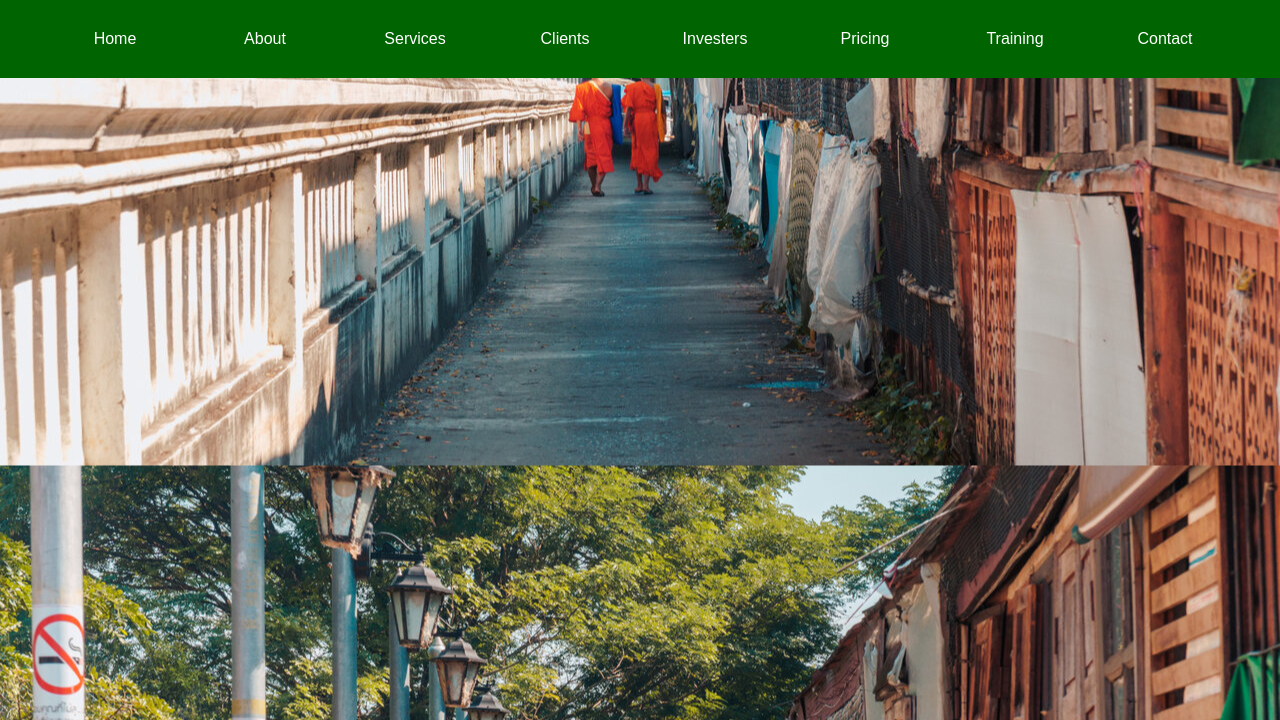
Repository: Alex-Serky/Dossier-Nav
Page: Nav-Nav/index.html
An editor plug-in stored every save of this project. The page is shown before and after the next save, followed by the edit.
The browser window is 1280 px wide. The pictures show the whole page.

Above is the page before, as saved 2020-02-21 01:50:23.

### Nav-Nav/index.html
<!DOCTYPE html>
<html lang="en">

<head>
    <meta charset="UTF-8">
    <meta name="viewport" content="width=device-width, initial-scale=1.0">
    <link rel="stylesheet" href="style.css">
    <title>Drop-down Menu design</title>
</head>

<body>
    <div class="menu-bar">
        <ul>
            <li><a href="#">Home</a></li>
            <li><a href="#">About</a></li>
            <li><a href="#">Services</a></li>
            <li><a href="#">Clients</a></li>
            <li><a href="#">Investers</a></li>
            <li><a href="#">Pricing</a></li>
            <li><a href="#">Training</a></li>
            <li><a href="#">Contact</a></li>
        </ul>
    </div>
</body>

</html>

### Nav-Nav/style.css
* {
    padding: 0;
    margin: 0;
    box-sizing: border-box;
}

body {
    background-image: url(background.jpg);
    background-position: center;
    font-family: sans-serif;
}

.menu-bar {
    background: rgba(0, 100, 0);
    text-align: center;
}

.menu-bar ul {
    display: inline-flex;
    list-style: none;
    color: #fff;
}

.menu-bar ul li {
    width: 120px;
    margin: 15px;
    padding: 15px;
}

.menu-bar ul li a {
    text-decoration: none;
    color: #fff;
}

After the next save:
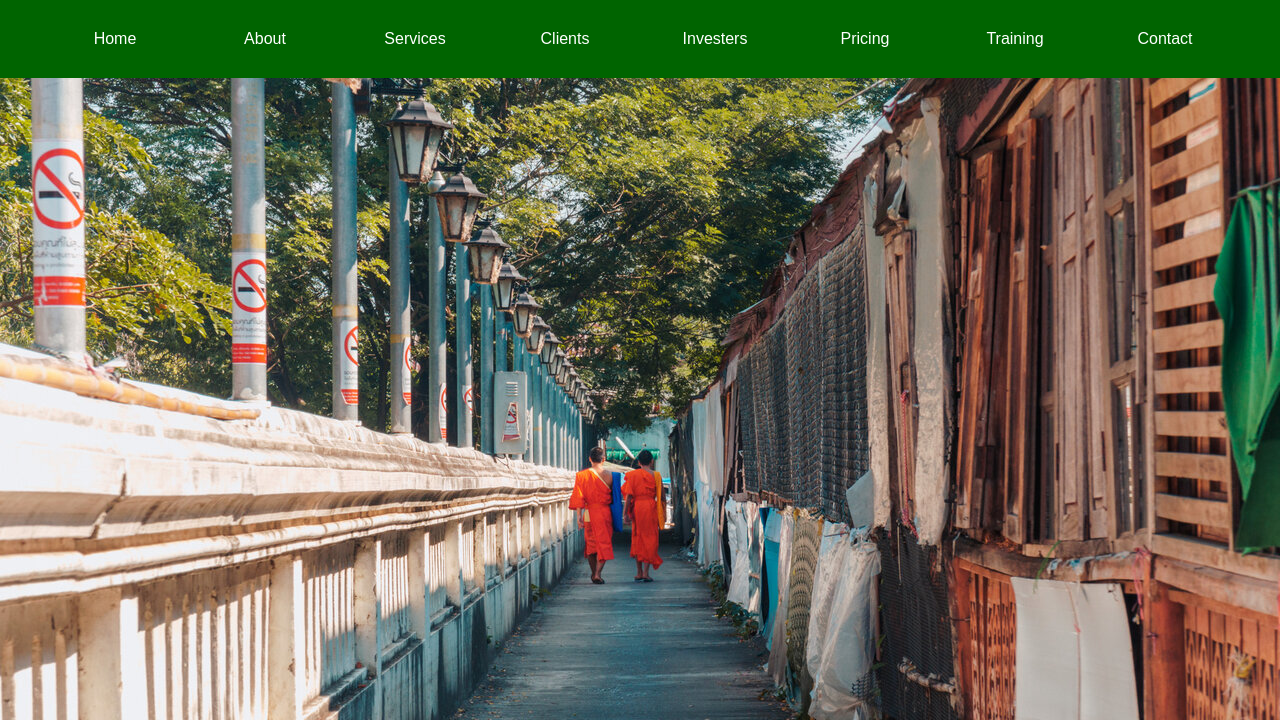
Saved 28 s later.
--- a/Nav-Nav/style.css
+++ b/Nav-Nav/style.css
@@ -6,7 +6,7 @@
 
 body {
     background-image: url(background.jpg);
-    background-position: center;
+    background-size: cover;
     font-family: sans-serif;
 }
 
